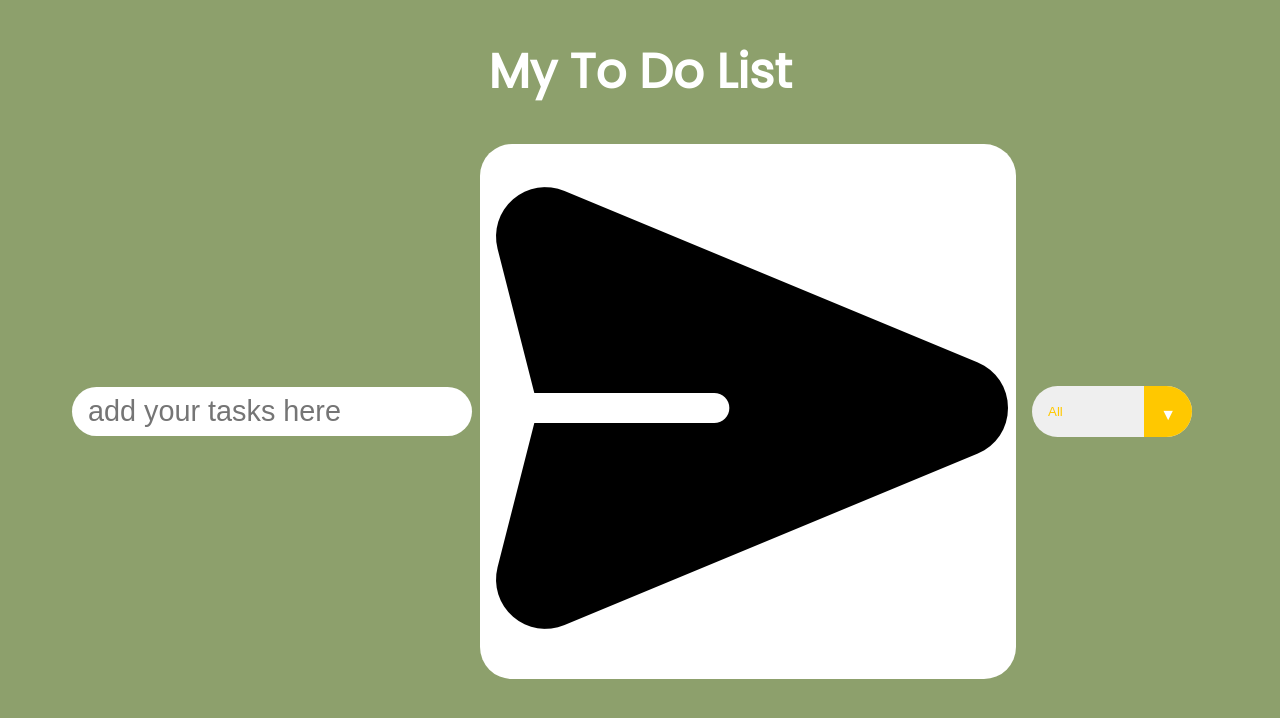
Repository: batonAnton/todo_list_local_storage
Page: index.html
These files come from the project's save history. The page is drawn as it stood at one moment and after the next save; the edit follows.
The browser window is 1280 px wide. The pictures show the whole page.

Above is the page before, as saved 2023-01-29 21:43:50.

After the next save:
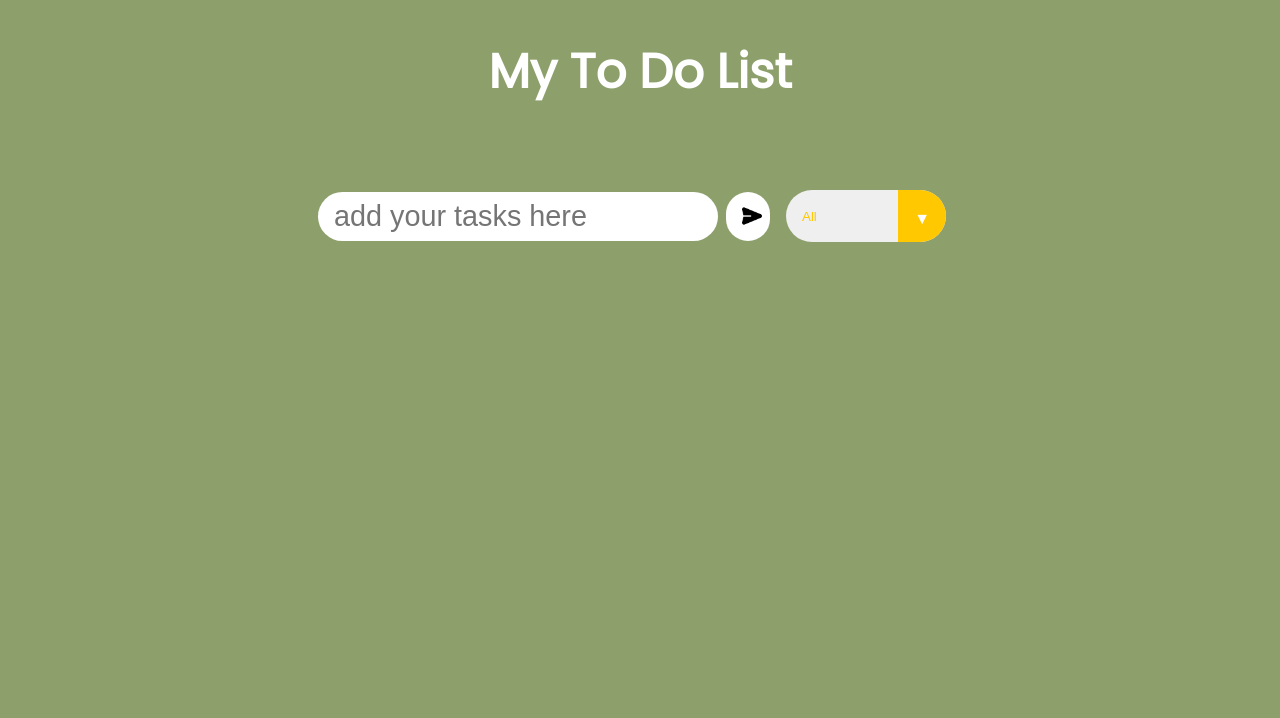
Saved 29 s later.
--- a/css/index.css
+++ b/css/index.css
@@ -21,6 +21,12 @@ form {
     display: flex;
     justify-content: center;
     align-items: center;
+}
+
+.add_btn{
+    width: 20px;
+    height: auto;
+
 }
 
 form input,
